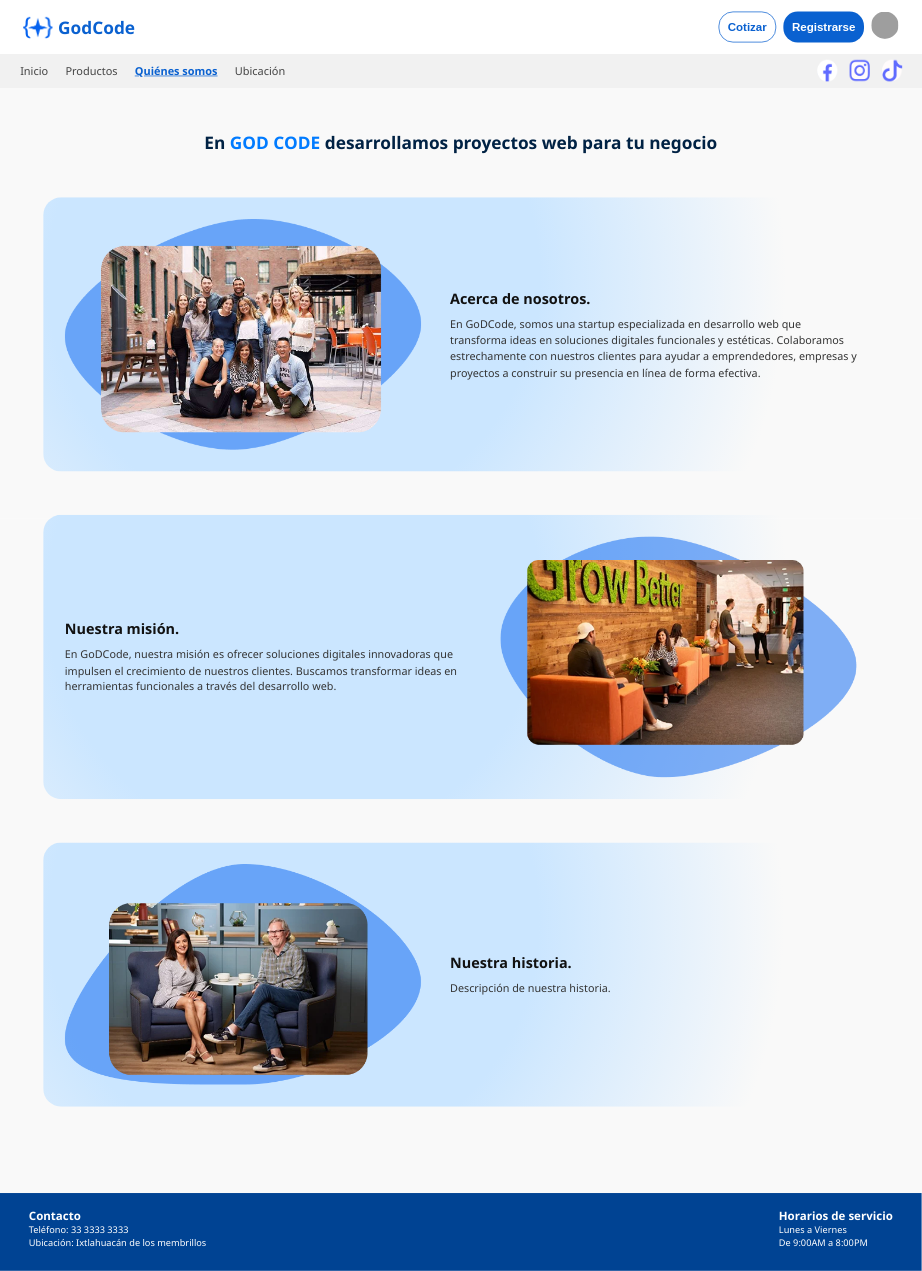
Repository: deDios/God-Code
Page: http://localhost/VIEW/Nosotros.php
An editor plug-in stored every save of this project. The page is shown before and after the next save, followed by the edit.
The browser window is 1280 px wide. The pictures show the whole page, at 72% of full size.
Pictures or frames that could not be fetched are drawn as grey boxes. The page is run by PHP 8.4 with error messages shown; the project is at /var/www/html/.

Above is the page before, as saved 2025-06-08 11:16:16.
Console error: TypeError: Cannot set properties of null (setting 'innerHTML')

### VIEW/Nosotros.php
<!DOCTYPE html>
<html lang="en">

<head>
    <meta charset="UTF-8">
    <meta name="viewport" content="width=device-width, initial-scale=1.0">
    <title>Document</title>
    <link rel="stylesheet" href="../CSS/index.css">
</head>

<body>
    <!-- Tope de pagina -->
    <header id="header">
        <!-- esta barra en el tope de pagina solo renderiza segun la resolucion de las pantallas pequeñas -->
        <div class="social-bar-mobile">
            <div class="icon-mobile">
                <img src="../ASSETS/index/Facebook.png" alt="Facebook" />
            </div>
            <div class="icon-mobile">
                <img src="../ASSETS/index/Instagram.png" alt="Instagram" />
            </div>
            <div class="icon-mobile">
                <img src="../ASSETS/index/Tiktok.png" alt="TikTok" />
            </div>
            <!-- icono de usuario para despues hacer el login pero para la vista mobile-->
            <div class="user-icon-mobile">
                <img src="https://img.freepik.com/premium-vector/free-vector-user-icon-simple-line_901408-588.jpg"
                    alt="Usuario" />
            </div>
        </div>

        <div class="top-bar" id="top-bar">
            <div class="logo">
                <img src="../ASSETS/godcode_icon.png" alt="Logo GodCode" class="logo-icon">
                GodCode
            </div>

            <!--Boton hamburguesa que aparece segun la resolucion-->
            <div class="hamburger" onclick="toggleMenu()">☰</div>

            <div class="actions">
                <button class="btn btn-outline" onclick="location.href='#'">Cotizar</button>
                <button class="btn btn-primary" onclick="location.href='#'">Registrarse</button>
                <!-- icono de usuario para despues hacer el login -->
                <div class="user-icon">
                    <img src="https://img.freepik.com/premium-vector/free-vector-user-icon-simple-line_901408-588.jpg"
                        alt="Usuario" />
                </div>
            </div>

        </div>
        <!-- Barra de navegación pequeña -->
        <div id="mobile-menu" class="subnav">
            <a href="#">Inicio</a>
            <a href="#">Productos</a>
            <a href="#" class="active">Quiénes somos</a>
            <a href="#">Ubicación</a>

            <div class="social-icons">
                <div class="circle-icon">
                    <img src="../ASSETS/index/Facebook.png" alt="Facebook" />
                </div>
                <div class="circle-icon">
                    <img src="../ASSETS/index/Instagram.png" alt="Instagram" />
                </div>
                <div class="circle-icon">
                    <img src="../ASSETS/index/Tiktok.png" alt="TikTok" />
                </div>
            </div>
        </div>
    </header>


    <main>

        <section class="nosotros">
            <h2 class="nosotros-titulo">En <span>GOD CODE</span> desarrollamos proyectos web para tu negocio</h2>

            <!-- Acerca de nosotros -->
            <div class="bloque-nosotros fila normal">
                <div class="decoracion"></div>
                <img src="../ASSETS/Nosotros/seccion1_img1.png" alt="Acerca de nosotros" class="imagen-nosotros">
                <div class="texto-nosotros">
                    <h3>Acerca de nosotros.</h3>
                    <p>En GoDCode, somos una startup especializada en desarrollo web que transforma ideas en soluciones
                        digitales funcionales y estéticas. Colaboramos estrechamente con nuestros clientes para ayudar a
                        emprendedores, empresas y proyectos a construir su presencia en línea de forma efectiva.</p>
                </div>
            </div>

            <!-- Nuestra misión -->
            <div class="bloque-nosotros fila invertida">
                <div class="decoracion"></div>
                <img src="../ASSETS/Nosotros/seccion1_img2.png" alt="Nuestra misión" class="imagen-nosotros">
                <div class="texto-nosotros">
                    <h3>Nuestra misión.</h3>
                    <p>En GoDCode, nuestra misión es ofrecer soluciones digitales innovadoras que impulsen el
                        crecimiento de nuestros clientes. Buscamos transformar ideas en herramientas funcionales a
                        través del desarrollo web.</p>
                </div>

            </div>

            <!-- Nuestra historia -->
            <div class="bloque-nosotros fila normal">
                <div class="decoracion"></div>
                <img src="../ASSETS/Nosotros/seccion1_img3.png" alt="Nuestra historia" class="imagen-nosotros">
                <div class="texto-nosotros">
                    <h3>Nuestra historia.</h3>
                    <p>Descripción de nuestra historia.</p>
                </div>
            </div>

        </section>

    </main>


    <!-- Pie de pagina -->
    <footer>
        <div>
            <strong>Contacto</strong>
            <small>Teléfono: 33 3333 3333</small>
            <small>Ubicación: Ixtlahuacán de los membrillos</small>
        </div>
        <div>
            <strong>Horarios de servicio</strong>
            <small>Lunes a Viernes</small>
            <small>De 9:00AM a 8:00PM</small>
        </div>
    </footer>
    <script src="JS/index.js"></script>
</body>

</html>

### CSS/index.css
/*cosas que no estan renderizadas en pantallas de resoluciones grandes*/
.social-bar-mobile {
    display: none;
}

* {
    box-sizing: border-box;
    margin: 0;
    padding: 0;
}

html,
body {
    margin: 0;
    padding: 0;
    height: 100%;
    font-family: "Segoe UI", sans-serif;
    background: #f9f9f9;
    color: #222;
}

body {
    display: flex;
    flex-direction: column;
}

main {
    margin-top: 120px;
}

header {
    background-color: white;
    border-bottom: 1px solid #ddd;
}

.top-bar {
    position: fixed;
    top: 0;
    left: 0;
    right: 0;
    background-color: #fff;
    color: white;
    display: flex;
    justify-content: space-between;
    align-items: center;
    padding: 1rem 2rem;
    z-index: 1001;
    white-space: nowrap;
    transform: translateY(0);
    opacity: 1;
    transition: transform 0.4s ease-in-out, opacity 0.4s ease-in-out;
}

header.scrolled .top-bar {
    transform: translateY(-100%);
    opacity: 0;
}

.subnav {
    position: fixed;
    top: 74px;
    left: 0;
    right: 0;
    background-color: #f1f1f1;
    display: flex;
    justify-content: space-around;
    align-items: center;
    padding: 0.5rem 1rem;
    z-index: 1000;
    white-space: nowrap;
    transition: all 0.4s ease-in-out;
}

.subnav a {
    text-decoration: none;
    color: #444;
    font-weight: 500;
    font-size: 0.95rem;
    padding: 8px 12px;
}

header.scrolled .subnav {
    position: fixed;
    top: 0;
    width: 100%;
    box-shadow: 0 2px 5px rgba(0, 0, 0, 0.1);
}

.logo {
    display: flex;
    align-items: center;
    font-size: 1.5rem;
    font-weight: bold;
    color: #0a61d0;
}

.logo-icon {
    height: 40px;
    width: auto;
    margin-right: 8px;
    vertical-align: middle;
}

.actions {
    display: flex;
    gap: 10px;
}

.user-icon img {
    width: 38px;
    height: 38px;
    border-radius: 50%;
    cursor: pointer;
    align-items: center;
    gap: 10px;
}

.btn {
    padding: 5px 12px;
    border: none;
    border-radius: 20px;
    cursor: pointer;
    font-size: 1rem;
    font-weight: bold;
    white-space: normal;
    word-break: break-word;
    text-align: center;
    max-width: 200px;
}

.btn-outline {
    border: 1px solid #0a61d0;
    color: #0a61d0;
    background-color: white;
    text-decoration: none;
}

.btn-primary {
    background-color: #0a61d0;
    color: white;
    text-decoration: none;
}

/*-------------------- css para la sección 1 -----------------------------*/

.innovacion-section {
    display: flex;
    justify-content: space-between;
    gap: 2rem;
    padding: 2rem;
    background: #fff;
    flex-wrap: wrap;
}

.columna {
    flex: 1;
    min-width: 280px;
}

.texto h1 {
    color: #0f62fe;
    font-size: 2rem;
    line-height: 1.3;
    margin-bottom: 1rem;
}

.texto p {
    font-size: 1rem;
    line-height: 1.6;
    color: #333;
}

.botones {
    margin-top: 1.5rem;
    display: flex;
    gap: 1rem;
    flex-wrap: wrap;
}

.columna.imagen {
    padding-top: 50px;
}

.imagen img {
    width: 100%;
    max-width: 100%;
    border-radius: 20px;
}

/*-------------------------------- css para noticias -----------------------*/
.columna.noticias {
    display: flex;
    flex-direction: column;
    justify-content: space-between;
    height: 100%;
}

.noticias h3 {
    color: #444;
    font-size: 1.1rem;
    margin-bottom: 1rem;
}

.noticias ul {
    list-style: none;
    padding: 0;
}

.noticias li {
    margin-bottom: 1rem;
}

.noticias a {
    color: #0f62fe;
    text-decoration: none;
    font-size: 0.95rem;
}

#lista-noticias {
    flex: 1;
}

.lista-noticias li {
    border-bottom: 1px solid #8f8f8f;
    /* línea gris */
    padding: 10px 0;
}

.lista-noticias li:last-child {
    border-bottom: none;
    /* Quita la línea del último solo que esto no parece trabajar bien de momento */
}

.lista-noticias a {
    text-decoration: none;
    color: #0052cc;
    font-weight: 500;
    transition: color 0.3s;
}

.lista-noticias a:hover {
    color: #003d99;
}

.paginacion {
    margin-top: auto;
    padding-top: 1rem;
    margin-top: 300px;
    /*esto hace que los botones 123 se bajen mas*/
}

.paginacion a {
    margin: 0 5px;
    text-decoration: none;
    color: blue;
    cursor: pointer;
}

.paginacion a.activo {
    font-weight: bold;
    text-decoration: underline;
}

/*--------------- css para la seccion 2 ---------------*/

.objetivos {
    text-align: center;
    padding: 40px 20px;
    background-color: #f9f9f9;
    padding-top: 60px;
}

.objetivos h2 {
    font-size: 1.8rem;
    margin-bottom: 40px;
}

.cards {
    display: flex;
    flex-wrap: wrap;
    justify-content: center;
    gap: 30px;
    max-width: 1200px;
    margin: 0 auto;
}

.card {
    background-color: #fff;
    border-radius: 16px;
    padding: 20px;
    max-width: 250px;
    box-shadow: 0 2px 12px rgba(0, 0, 0, 0.08);
    text-align: center;
    transition: transform 0.2s ease;
}

.card:hover {
    transform: translateY(-5px);
}

.card img {
    width: 50px;
    height: 50px;
    margin-bottom: 15px;
}

.card h3 {
    font-size: 1.3rem;
    margin: 10px 0;
}

.card p {
    font-size: .8rem;
    color: #555;
    font-weight: bold;
}

.info-button {
    margin-top: 40px;
}


.info-button button {
    padding: 12px 24px;
    border: none;
    border-radius: 25px;
    background-color: #3367d6;
    color: white;
    font-size: 1rem;
    cursor: pointer;
    font-weight: bold;
    transition: background-color 0.3s ease;
}

.info-button button:hover {
    background-color: #274c9b;
}

/*------------------------ css para la seccion 3 --------------------------------------*/

.potencial {
    margin: 0 auto;
    padding: 50px 20px;
    background-color: #fff;
}

.potencial h2 {
    font-size: 2rem;
    text-align: center;
    margin-bottom: 50px;
    color: #111;
}

.potencial h2 span {
    color: #1a73e8;
}

.bloque {
    display: flex;
    align-items: center;
    gap: 30px;
    margin-bottom: 40px;
    flex-wrap: wrap;
}

.bloque .imagen {
    flex: 1 1 80px;
    text-align: center;
    padding: 10px;
}

.bloque .imagen img {
    max-width: 60%;
    height: auto;
    border-radius: 16px;
    background-color: transparent;
    box-shadow: 0 8px 16px rgba(0, 0, 0, 0.15);
    transition: transform 0.3s ease, box-shadow 0.3s ease;
    cursor: pointer;
}

.bloque .imagen img:hover {
    transform: scale(1.05) rotate(2deg);
    box-shadow: 0 12px 24px rgba(0, 0, 0, 0.3);
}

.bloque .texto {
    flex: 2 1 400px;
}

.bloque .texto h3 {
    font-size: 1.3rem;
    margin-bottom: 10px;
    color: #222;
}

.bloque .texto p {
    font-size: 1rem;
    color: #555;
    line-height: 1.6;
}

/*------------------------ css para la seccion 4 --------------------------------------*/

.ayuda-faq {
    background-color: #f8fbfd;
    border-radius: 20px;
    padding: 40px 30px;
    text-align: center;
}

/* Contenido de ayuda */
.ayuda-faq .ayuda-contenido {
    margin-bottom: 100px;
}

.ayuda-faq .ayuda-contenido h2 {
    font-size: 28px;
    margin-bottom: 10px;
}

.ayuda-faq .ayuda-contenido p {
    font-size: 16px;
    color: #555;
    margin-bottom: 20px;
}

.ayuda-faq .btn-contacto {
    display: inline-block;
    padding: 10px 20px;
    background-color: #e8f0fe;
    color: #1a73e8;
    border-radius: 999px;
    text-decoration: none;
    font-weight: bold;
}

/* Preguntas frecuentes */
.ayuda-faq .faq {
    text-align: left;
    padding: 0 20px;
}

.ayuda-faq .faq h2 {
    text-align: center;
    font-size: 24px;
    margin-bottom: 20px;
}

.ayuda-faq .acordeon .item {
    border-top: 1px solid #ddd;
}

.ayuda-faq .pregunta {
    width: 100%;
    text-align: left;
    background: none;
    border: none;
    padding: 15px;
    font-size: 16px;
    cursor: pointer;
    font-weight: bold;
    color: #1a73e8;
}

.ayuda-faq .respuesta {
    padding: 0 20px 15px;
    display: none;
    color: #333;
    font-size: 15px;
}

/*---------------------------Animaciones para los botones-----------------------------*/
/*estos son botones / iconos del tope de pagina*/
/* Logo, se hace mas grande*/
.logo:hover {
    color: #094bb0;
    cursor: pointer;
}

/* Imagen del logo se hace mas grande*/
.logo-icon:hover {
    transform: scale(1.1);
    transition: transform 0.3s ease;
}

/*el contorno del boton cambia de color*/
.btn-outline:hover {
    background-color: #0a61d0;
    color: white;
    transition: 0.3s ease;
}

/*boton principal cambia de color*/
.btn-primary:hover {
    background-color: #094bb0;
    transition: 0.3s ease;
}

/*Barra de navegacion mas pequeña*/
.subnav a {
    text-decoration: none;
    color: #444;
    font-weight: 500;
    transition: all 0.3s ease;
    padding: 6px 12px;
    border-radius: 5px;
}

/*----------------css para los iconos de redes sociales-----------------*/
.subnav .social-icons {
    display: flex;
    justify-content: flex-end;
    gap: 15px;
    width: 100%;
    padding-right: 10px;
}


.subnav .circle-icon {
    width: 30px;
    height: 30px;
    border-radius: 0;
    overflow: visible;
    background-color: transparent;
    display: flex;
    align-items: center;
    justify-content: center;
}

.subnav .circle-icon img {
    width: 100%;
    height: 100%;
    object-fit: contain;
    transition: transform 0.3s ease;
    cursor: pointer;
    background-color: transparent;
}

/* efecto hover sencillo para los iconos */
.subnav .social-icons img:hover {
    transform: scale(1.1);
}

/*-----------Efecto hover para la barrra de navegacion pequeña----------------*/
.subnav a:hover {
    background-color: #e0eaff;
    color: #0a61d0;
}

/*cambia la fuente según que pagina este activa */
.subnav a.active {
    color: #0a61d0;
    font-weight: 700;
    text-decoration: underline;
}

main {
    flex: 1;
}

.section-title {
    padding: 40px 40px 10px;
    font-size: 3rem;
    color: #0a61d0;
    border-bottom: 2px solid #0a61d0;
    width: fit-content;
}

.section-subtitle {
    padding: 10px 40px;
    font-size: 1.2rem;
}

footer {
    background-color: #004393;
    color: white;
    padding: 20px 40px;
    display: flex;
    justify-content: space-between;
    flex-wrap: wrap;
}

footer div {
    margin-bottom: 10px;
}

footer small {
    display: block;
    font-size: 0.8rem;
}

/*css para la vista de mobile*/

/*el menu de hamburguesa estara oculto por defecto*/
.hamburger {
    display: none;
    font-size: 2rem;
    cursor: pointer;
    padding: 10px 40px;
    text-align: right;
    margin-left: auto;
}

/*------------------------------------------------------------------------------------------------------------------------------------------------------------------------*/
/*--------------------------------------------------------------------------VIEW NOSOTROS---------------------------------------------------------------------------------*/
/*------------------------------------------------------------------------------------------------------------------------------------------------------------------------*/
.nosotros {
  padding: 60px 20px;
  max-width: 1200px;
  margin: auto;
}

.nosotros-titulo {
  text-align: center;
  font-size: 24px;
  font-weight: bold;
  color: #002244;
  margin-bottom: 60px;
}

.nosotros-titulo span {
  color: #007bff;
}

.bloque-nosotros {
  position: relative;
  display: flex;
  align-items: center;
  justify-content: space-between;
  margin-bottom: 60px;
  gap: 40px;
  flex-wrap: wrap;
  padding: 30px;
  border-radius: 20px;
  overflow: hidden;
}

.fila.normal {
  flex-direction: row;
}

.fila.invertida {
  flex-direction: row-reverse;
}

.imagen-nosotros {
  width: 45%;
  max-width: 500px;
  border-radius: 15px;
  z-index: 1;
}

.texto-nosotros {
  flex: 1;
  z-index: 1;
  min-width: 280px;
}

.texto-nosotros h3 {
  font-size: 20px;
  margin-bottom: 10px;
  color: #111;
}

.texto-nosotros p {
  font-size: 15px;
  color: #333;
  line-height: 1.5;
}

.decoracion {
  position: absolute;
  width: 100%;
  height: 100%;
  background: radial-gradient(circle at 30% 30%, #cbe6ff 40%, transparent 80%);
  border-radius: 25px;
  top: 0;
  left: 0;
  z-index: 0;
}

/* Responsive */
@media (max-width: 768px) {
  .bloque-nosotros {
    flex-direction: column !important;
    text-align: center;
  }

  .imagen-nosotros {
    width: 100%;
  }

  .texto-nosotros {
    width: 100%;
  }
}



































/*--------------------------------Resuluciones pequeñas-----------------------------------*/
@media (max-width: 700px) {

    .actions {
        flex-direction: column;
        align-items: flex-start;
        display: none;
    }

    .botones {
        margin-top: 4rem;
        display: flex;
        gap: 1rem;
        flex-wrap: wrap;
        justify-content: center;
    }

    .btn {
        width: 100%;
    }

    /*esto hace que se oculte el subnav y salga el menu hamburguesa*/
    .subnav {
        display: none;
    }

    .subnav .social-icons {
        display: none;
    }

    .hamburger {
        display: flex;
        font-size: 1.8rem;
        background: none;
        border: none;
        cursor: pointer;
        margin-left: auto;
        padding: 8px;
        color: #0a61d0;
        justify-content: left;
    }

    .subnav.show {
        display: flex;
    }

    /*barra de iconos de redes sociales que renderizan en pantallas pequeñas*/
    .social-bar-mobile {
        display: flex;
        justify-content: flex-end;
        gap: 15px;
        padding: 5px 20px;
        width: 100%;
        background-color: white;
        position: fixed;
        top: 86px;
        z-index: 999;
        transition: top 0.4s ease-in-out, background-color 0.3s ease;
    }

    header.scrolled .social-bar-mobile {
        top: 1px;
        /* ajusta según el nuevo top del subnav */
        background-color: rgba(255, 255, 255, 0.95);
        box-shadow: 0 2px 8px rgba(0, 0, 0, 0.1);
    }

    /*----------------css para los iconos de redes sociales MOBILE-----------------*/
    .social-bar-mobile .social-icons {
        display: flex;
        justify-content: flex-end;
        gap: 15px;
    }

    /*css para el icono mobile de usuario*/
    .user-icon-mobile img {
        display: flex;
        width: 24px;
        height: 24px;
        border-radius: 50%;
        cursor: pointer;
        align-items: center;
        gap: 10px;
    }

    /* contenedor circular para que no se vea feo */
    .social-bar-mobile .icon-mobile {
        width: 24px;
        height: 24px;
        border-radius: 0;
        overflow: visible;
        background-color: transparent;
        display: flex;
        align-items: center;
        justify-content: center;
    }

    .social-bar-mobile .icon-mobile img {
        width: 100%;
        height: 100%;
        object-fit: contain;
        transition: transform 0.3s ease;
        cursor: pointer;
        background-color: transparent;
    }

    /* efecto hover sencillo para los iconos */
    .social-bar-mobile .social-icons img:hover {
        transform: scale(1.1);
    }

    /*----------------cosas que no renderizan en MOBILE-----------------*/
    .actions {
        display: none;
    }

    .imagen img {
        display: none;
    }

    .noticias {
        display: none;
    }

    .columna.noticias {
        display: none;
    }
}

### JS/index.js
//menu hamburguesa
function toggleMenu() {
  const menu = document.getElementById("mobile-menu");
  menu.classList.toggle("show");
}

//subnav sticky que no se vea feo
document.addEventListener('DOMContentLoaded', () => {
  const header = document.getElementById('header');

  window.addEventListener('scroll', () => {
    if (window.scrollY > 50) {
      header.classList.add('scrolled');
    } else {
      header.classList.remove('scrolled');
    }
  });
});

//seccion de noticias
const noticias = [
  {
    id: 1,
    titulo: "IBM acelera la revolución de la IA Generativa empresarial con...",
    url: "#",
  },
  {
    id: 2,
    titulo: "IBM z17: El primer Mainframe totalmente diseñado para la...",
    url: "#",
  },
  {
    id: 3,
    titulo: "IBM lanza soluciones de ciberseguridad para la nueva era digital",
    url: "#",
  },
  {
    id: 4,
    titulo: "IBM Watsonx transforma el uso de datos en empresas medianas",
    url: "#",
  },
  {
    id: 5,
    titulo: "Nuevos centros de datos verdes impulsados por IA de IBM",
    url: "#",
  },
  {
    id: 6,
    titulo: "IBM y NASA colaboran en IA para predicción climática",
    url: "#",
  },
];

const noticiasPorPagina = 2;
let paginaActual = 1;

function mostrarNoticias(pagina) {
  const contenedor = document.getElementById("lista-noticias");
  contenedor.innerHTML = "";

  const inicio = (pagina - 1) * noticiasPorPagina;
  const noticiasPagina = noticias.slice(inicio, inicio + noticiasPorPagina);

  noticiasPagina.forEach((noticia) => {
    const li = document.createElement("li");
    const a = document.createElement("a");
    a.href = noticia.url;
    a.textContent = noticia.titulo;
    li.appendChild(a);
    contenedor.appendChild(li);
  });
}

function crearPaginacion() {
  const contenedor = document.getElementById("paginacion");
  contenedor.innerHTML = "";

  const totalPaginas = Math.ceil(noticias.length / noticiasPorPagina);

  for (let i = 1; i <= totalPaginas; i++) {
    const enlace = document.createElement("a");
    enlace.textContent = i;
    enlace.href = "#";
    if (i === paginaActual) enlace.classList.add("activo");

    enlace.addEventListener("click", (e) => {
      e.preventDefault();
      paginaActual = i;
      mostrarNoticias(paginaActual);
      crearPaginacion();
    });

    contenedor.appendChild(enlace);
  }
}

//mostrar noticias al cargar la pagina
mostrarNoticias(paginaActual);
crearPaginacion();

//seccion 4 ayuda
function toggleItem(btn) {
  const respuesta = btn.nextElementSibling;
  respuesta.style.display = respuesta.style.display === 'block' ? 'none' : 'block';
}

After the next save:
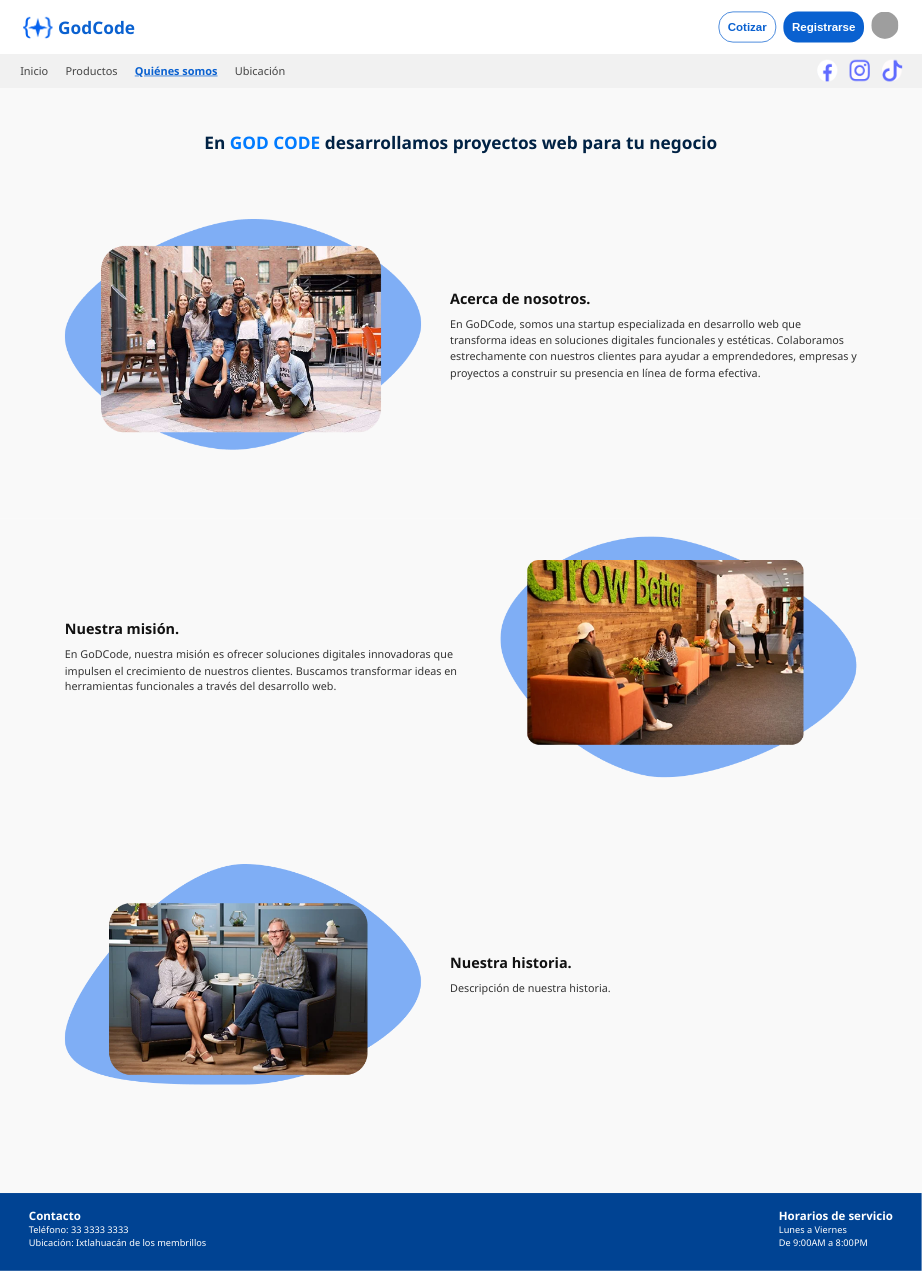
Saved 102 s later.
--- a/CSS/index.css
+++ b/CSS/index.css
@@ -673,7 +673,6 @@ footer small {
   position: absolute;
   width: 100%;
   height: 100%;
-  background: radial-gradient(circle at 30% 30%, #cbe6ff 40%, transparent 80%);
   border-radius: 25px;
   top: 0;
   left: 0;
